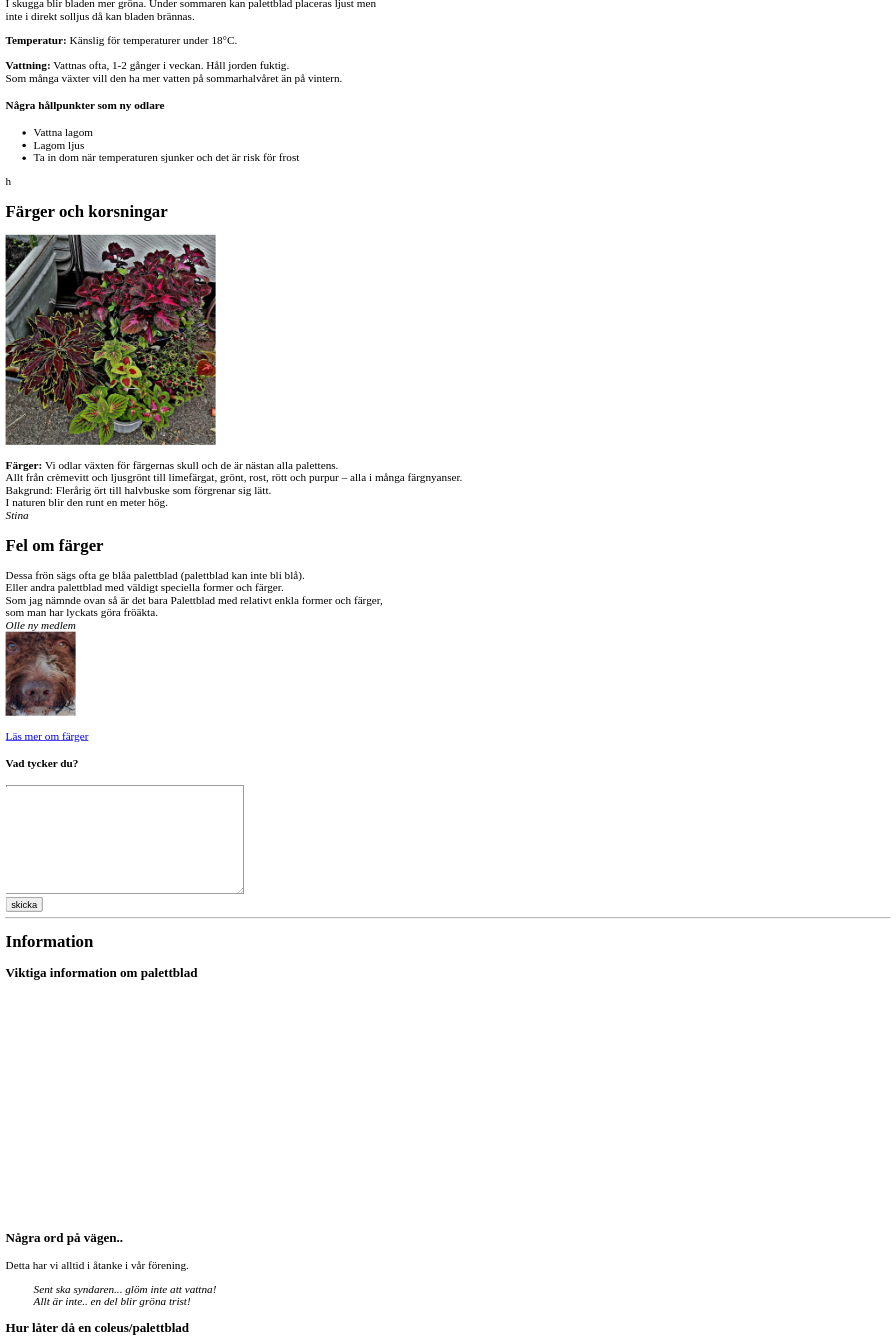
Repository: Webutveckling-20-21/Uppgift-1
Page: blogg.html
The author's editor kept a copy of each file at every save. The page is drawn from the files as they stood at one save, then again after the next save.
The browser window is 1280 px wide. The pictures show the part of the page from y = 769 to 2689 px (the page is 4034 px tall before and 4018 px after), at 70% of full size.
Pictures or frames that could not be fetched are drawn as grey boxes.

Above is the page before, as saved 2021-09-08 15:47:08.

After the next save:
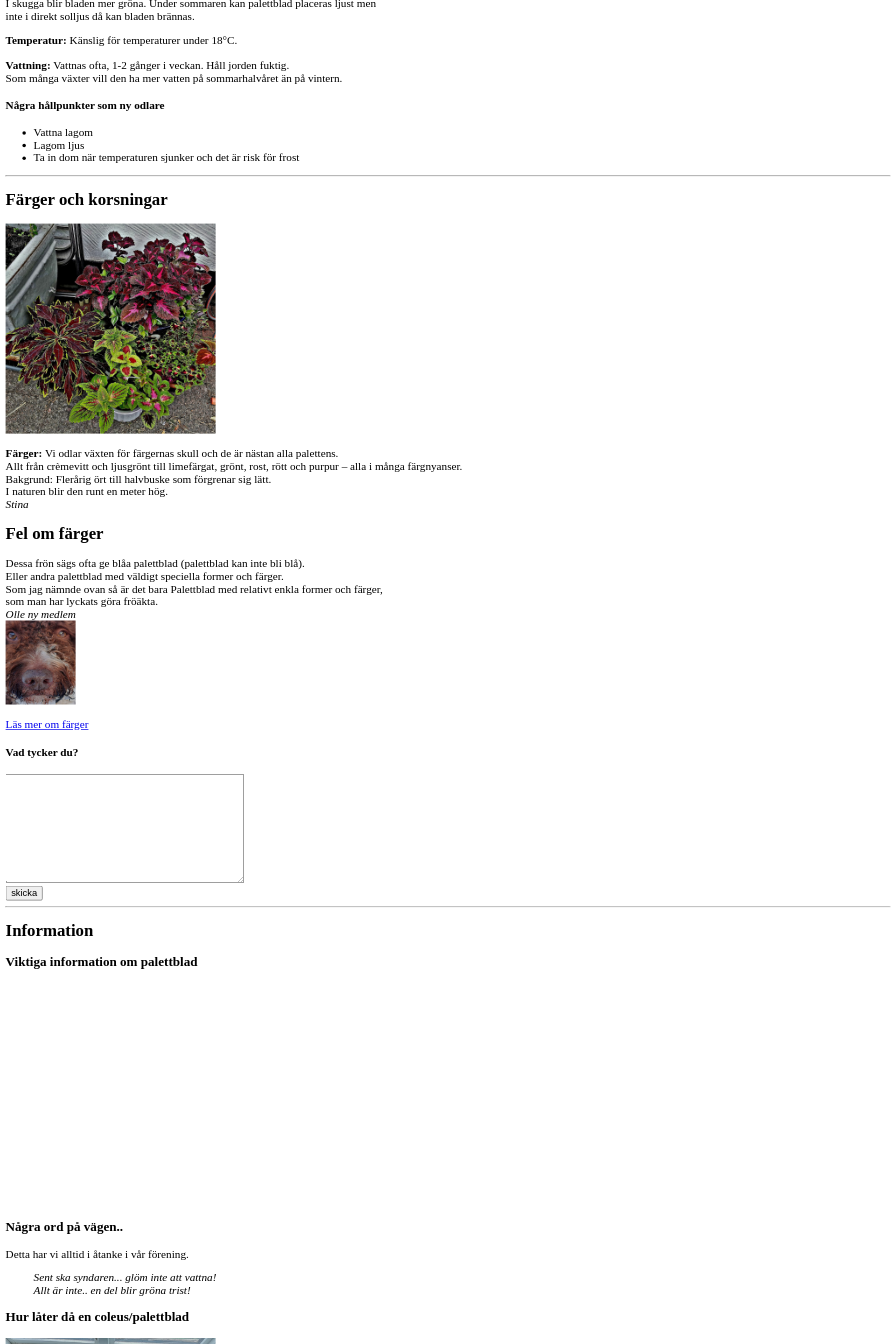
Saved 6 s later.
--- a/blogg.html
+++ b/blogg.html
@@ -69,7 +69,7 @@
                 </ul>
 
             </article>
-            h
+            <hr>
 
             <article>
                 <!-- Andra inlägget  -->
